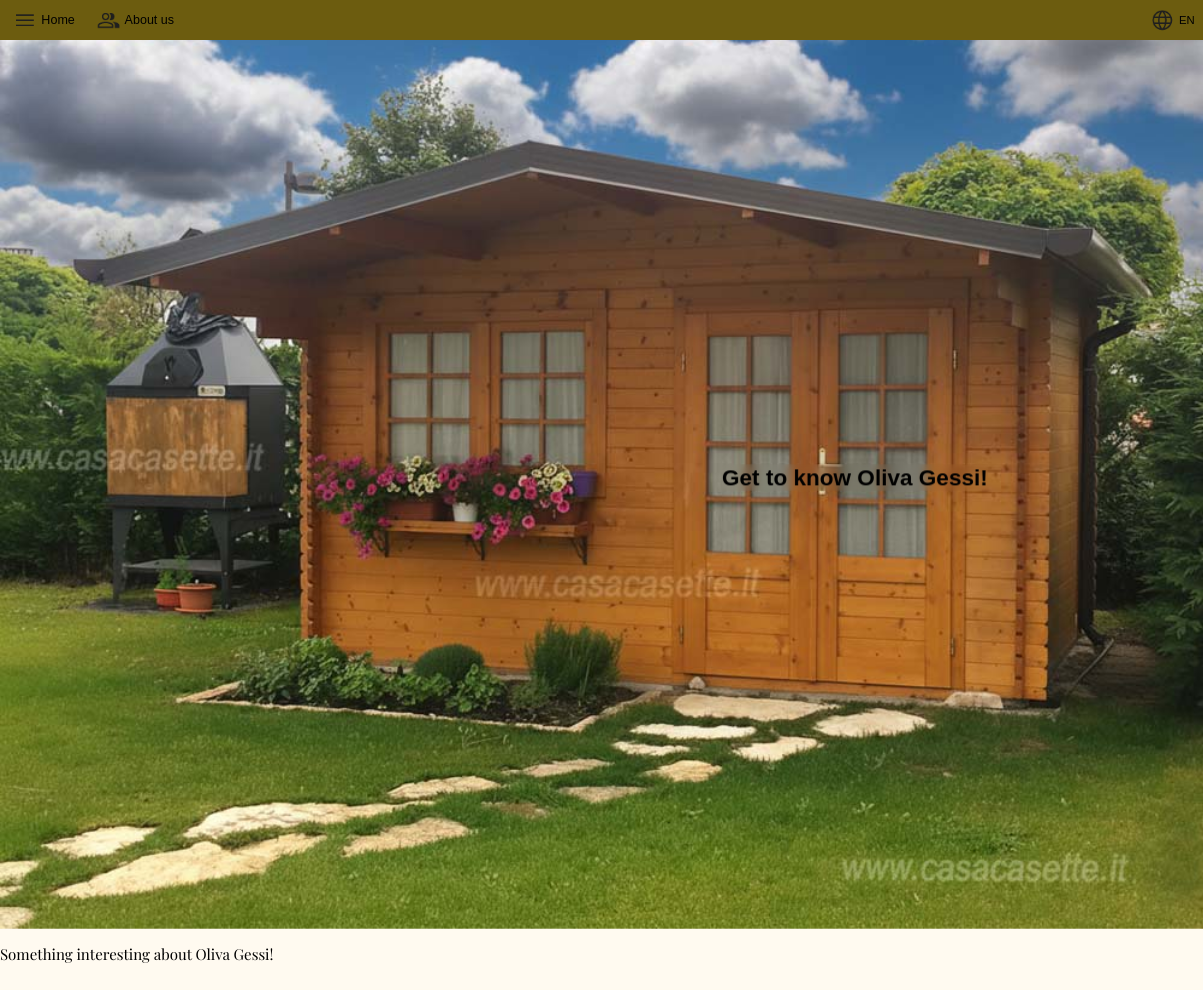
Repository: Seaside-Jokers/Oliva-gessi
Page: index.html
An editor plug-in stored every save of this project. The page is shown before and after a run of saves, followed by the edit.
The browser window is 1280 px wide. The pictures show the whole page, at 94% of full size.
Some web fonts or font styles are not loaded; a fallback is used.

Above is the page before, as saved 2026-02-17 15:07:02.

### index.html
<!DOCTYPE html>
<html lang="it">
<head>
    <meta charset="UTF-8">
    <title>Oliva Gessi</title>
    <link rel="stylesheet" href="src/style.css">
    <link rel="alternate" hreflang="en" href="index.html">
    <link rel="alternate" hreflang="it" href="index.html">
    <link rel="preconnect" href="https://fonts.googleapis.com">
    <link rel="preconnect" href="https://fonts.gstatic.com" crossorigin>
    <link href="https://fonts.googleapis.com/css2?family=Playfair+Display:ital,wght@0,400..900;1,400..900&display=swap" rel="stylesheet">
</head>
<body>
    <!-- ======================================================================= -->
    <!--                                 NAVBAR                                  -->
    <!-- ======================================================================= -->
    <nav class="navbar">
        <!-- Home -->
        <button class="btn-navbar" type="button" onclick="toggleMenu()">
            <img src="assets/menu_icon.png" data-key="home" alt="Home" class="icone" id="navbar-button">
            <span data-key="home" class="navData">Menu</span>
        </button>
        <!-- About us-->
        <button class="btn-navbar" type="button" onclick="location.href='about-us.html'">
            <img src="assets/about_us.png" data-key="about" alt="Chi siamo" class="icone">
            <span data-key="about" class="navData">Chi siamo</span>
        </button>
        <!-- Cambio lingua (a destra) -->
        <button class="btn-navbar lang-button" type="button" onclick="changeLang()">
            <img src="assets/language.png" data-key="language" alt="Cambia lingua" class="icone">
            <span data-key="current_language" class="nav-data">IT</span>
        </button>
    </nav>
    <!-- ======================================================================= -->
    <!--                                 SIDEBAR                                 -->
    <!-- ======================================================================= -->
    <!-- Strato trasparente che permette di chiudere il menu cliccando fuori -->
    <div class="clicker" onclick="closeMenu()"></div>
    <!-- Menu laterale vero e proprio -->
    <div class="sidebar" id="sidebar">
        <!-- Chiudi il menu -->
        <button class="sidebar-button on_top" type="button" onclick="closeMenu()">
            <img src="assets/close.png" alt="Chiudi menu" class="icone large">
            <span data-key="close_menu" class="side-data">Chiudi</span>
        </button>
        <!-- About us -->
        <button class="sidebar-button" type="button" onclick="location.href='about-us.html'">
            <img src="assets/about_us.png" alt="Chiudi menu" class="icone large">
            <span data-key="about" class="side-data">Chi siamo</span>
        </button>
        <details>
            <!-- Le varie pagine del file -->
            <summary data-key="cerca_pagina"></summary>
        </details>
    </div>

    <!-- ======================================================================= -->
    <!--                                CONTENUTO                                -->
    <!-- ======================================================================= -->
    <div class="container spaced">
        <!-- Foto dettagliata (prova) -->
        <img src="assets/prova_dettagliata.jpg" data-key="titolo_img" alt="Logo Oliva Gessi" class="immagine">
        <h2 data-key="titolo" id="titolotxt" class="blurry title">Vieni a conoscere Oliva Gessi!</h2>
    </div>
    <p data-key="testo_introduzione" class="text"></p>
    <div class="container spaced">
    </div>

    <!--=======================================================================-->
    <!--                      DO NOT TOUCH BELOW THIS LINE                     -->
    <!--=======================================================================-->
    <script src="src/database_testo.js"></script>
    <script src="src/color_scheme.js"></script>
    <script src="src/sidebar.js"></script>
</body>

<!-- TODO: leggi questo commento e poi eliminalo per favore: quando vuoi aggiungere un nuovo testo modificalo in src/database_testo.js -->
</html>

### src/style.css
/* -------------------------------------------------------------------------- */
/*                                    BASE                                    */
/* -------------------------------------------------------------------------- */
/* corpo dell'HTML */
body {
    font-family: 'Montserrat', sans-serif;
    margin: 0;
    padding: 0;
    background-color: var(--colors-background);
}
.spaced {
    margin-top: 28px;
}
.on_top {
    margin-top: 25px;
}

@font-face {
    font-family: 'Playfair Display';
    src: url('fonts/Playfair_Display/PlayfairDisplay-VariableFont_wght.ttf')
            format('ttf'),
         url('fonts/Playfair_Display/PlayfairDisplay-Italic-VariableFont_wght.ttf')
            format('ttf');
}
@font-face {
    font-family: 'Montserrat';
    src: url('fonts/Montserrat/Montserrat-VariableFont_wght.ttf') format('ttf'),
         url('fonts/Montserrat/Montserrat-Italic-VariableFont_wght.ttf') format('ttf');
}

.text {
    font-family: 'Playfair Display', serif;
}
.title {
    font-family: 'Montserrat', sans-serif;
}

/* -------------------------------------------------------------------------- */
/*                                   NAVBAR                                   */
/* -------------------------------------------------------------------------- */
nav.navbar {
    position: fixed;
    top: 0;
    width: 100%;
    display: flex;
    align-items: center;
    background-color: var(--colors-primary);
    padding: 5px;
}
.icone {
    width: 25px;
    height: auto;
    display: block;
    margin: 0px 5px;
}
.icone.large {
    width: 30px;
}

button.btn-navbar {
    padding: 4px;
    margin-right: 10px;
    background: none;
    border: none;
    cursor: pointer;
    transition: transform 0.2s;
    display: flex;
    flex-direction: row;
    align-items: center;
    justify-content: center;
}
.btn-navbar:hover {
    transform: scale(1.1);
}
button.btn-navbar.lang-button {
    margin-left: auto;
    margin-right: 10px;
}
button.btn-navbar.ruotata {
    transform: rotate(90deg);
}

span.nav-data {
    font-size: 12px;
}
/* TODO: apertuta menu, rotazione di 90° quando il menù è aperto */

.btn-menu:hover {
    transform: scale(1.1);
}

/* -------------------------------------------------------------------------- */
/*                               SIDEBAR (HOME)                               */
/* -------------------------------------------------------------------------- */
.clicker {
    position: fixed;
    top: 0;
    left: 0;
    width: 0%;
    height: 0%;
    z-index: 1;
}
.clicker.show {
    width: 100%;
    height: 100%;
}
.sidebar {
    position: fixed;
    height: 100%;
    width: 250px;
    position: fixed;
    z-index: 1000;
    top: 0;
    left: -250px;
    background-color: var(--colors-primary);
    overflow-x: hidden;
    transition: 0.5s;
    flex-direction: column;
}
.sidebar.aperta {
    left: 0;
}
.sidebar-button {
    background: none;
    border: none;
    display: flex;
    flex-direction: row;
    align-items: center;
    flex: 1;
    margin: 8px 3px;
}
.side-data {
    font-size: 14px;
}
details {
  cursor: pointer;
  font-weight: bold;
  margin-top: 10px;
  margin-bottom: 15px;
  margin-left: 15px;
}

/* -------------------------------------------------------------------------- */
/*                                  CONTENUTO                                 */
/* -------------------------------------------------------------------------- */
.container {
    display: flex;
    flex-direction: row;
    align-items: center;
    justify-content: center;
    width: 100%;
}
.immagine {
    width: 100%;
    aspect-ratio: 4/3;
    margin-left: auto;
    margin-right: 0;
}
.blurry {
    backdrop-filter: blur(5px);
    -webkit-backdrop-filter: blur(8px);
}

#titolotxt {
    z-index: 200;
    position: absolute;
    left: 60%;
}

/* TODO far sì che scali tutto bene con le dimensioni dello schermo */



/* -------------------------------------------------------------------------- */
/*                              IMG (ABOUT US)                               */
/* -------------------------------------------------------------------------- */



#jacopo {

    margin: 100px, 100px;
}

/*
    Fonts: https://ctrl-z.it/9-font-architettura-tavole-portfolio https://material-f/
    Design: foundation.github.io/material-theme-builder/
    Fonts: Playfair Display (titoli), Montserrat (testo normale)
*/

### src/database_testo.js
const traduzioni = {
    "it": {
        titolo: "Vieni a conoscere Oliva Gessi!",
        home: "Home",
        about: "Chi siamo",
        language: "Cambia lingua",
        current_language: "IT",
        close_menu: "Chiudi",
        cerca_pagina: "Cerca la pagina",
        titolo_img: "Foto di Oliva Gessi",
        testo_introduzione: "Qualcosa di interessante su Oliva Gessi!", // TODO! completare
    },
    "en": {
        titolo: "Get to know Oliva Gessi!",
        home: "Home",
        about: "About us",
        language: "Change language",
        current_language: "EN",
        close_menu: "Close menu",
        cerca_pagina: "Search the page",
        titolo_img: "Oliva Gessi's image",
        testo_introduzione: "Something interesting about Oliva Gessi!", // TODO! completare
    }
}

function getTesto(key) {
    return traduzioni[state][key] || key;
}



/* -------------------------------------------------------------------------- */
/*                                DO NOT TOUCH                                */
/* -------------------------------------------------------------------------- */
let state =  getDefaultLang();

function aggiornaInterfaccia() {
    const elementi = document.querySelectorAll('[data-key]');

    elementi.forEach(el => {
        const chiave = el.getAttribute('data-key');
        const testoTradotto = traduzioni[state][chiave];

        if (testoTradotto) {
            if (el.tagName === 'IMG') {
                el.alt = testoTradotto;
            } else {
                // Altrimenti aggiorna il testo normale
                el.textContent = testoTradotto;
            }
        }
    });
}

/* -------------------------------------------------------------------------- */
/*                            Cambiamenti di stato                            */
/* -------------------------------------------------------------------------- */
function getDefaultLang() {
    if(navigator.language.substring(0, 2) === "it")
        return "it";

    return "en";
}
function defaultLang() {
    state = getDefaultLang();
    aggiornaInterfaccia();
    return true;
}
function changeLangTo(_state) {
    if(_state !== "it" && _state !== "en") {
        defaultLang();
        return;
    }
    state = _state;
    aggiornaInterfaccia();
}
function changeLang() {
    if(state === "it")
        changeLangTo("en");
    else
        changeLangTo("it");
}

document.addEventListener("DOMContentLoaded", aggiornaInterfaccia);

### src/sidebar.js
let menuAperto = false;

function toggleMenu() {
    menuAperto = !menuAperto;

    const icon = document.getElementById("navbar-button");
    icon.classList.toggle('ruotata');

    const menu = document.getElementById("sidebar");
    menu.classList.toggle('aperta');

    const clicker = document.querySelector(".clicker");
    clicker.classList.toggle('show');
}
function closeMenu() {
    if(!menuAperto) return;
    toggleMenu();
}

Loaded but not shown: src/color_scheme.js (530 lines, source omitted)

After the next 3 saves:
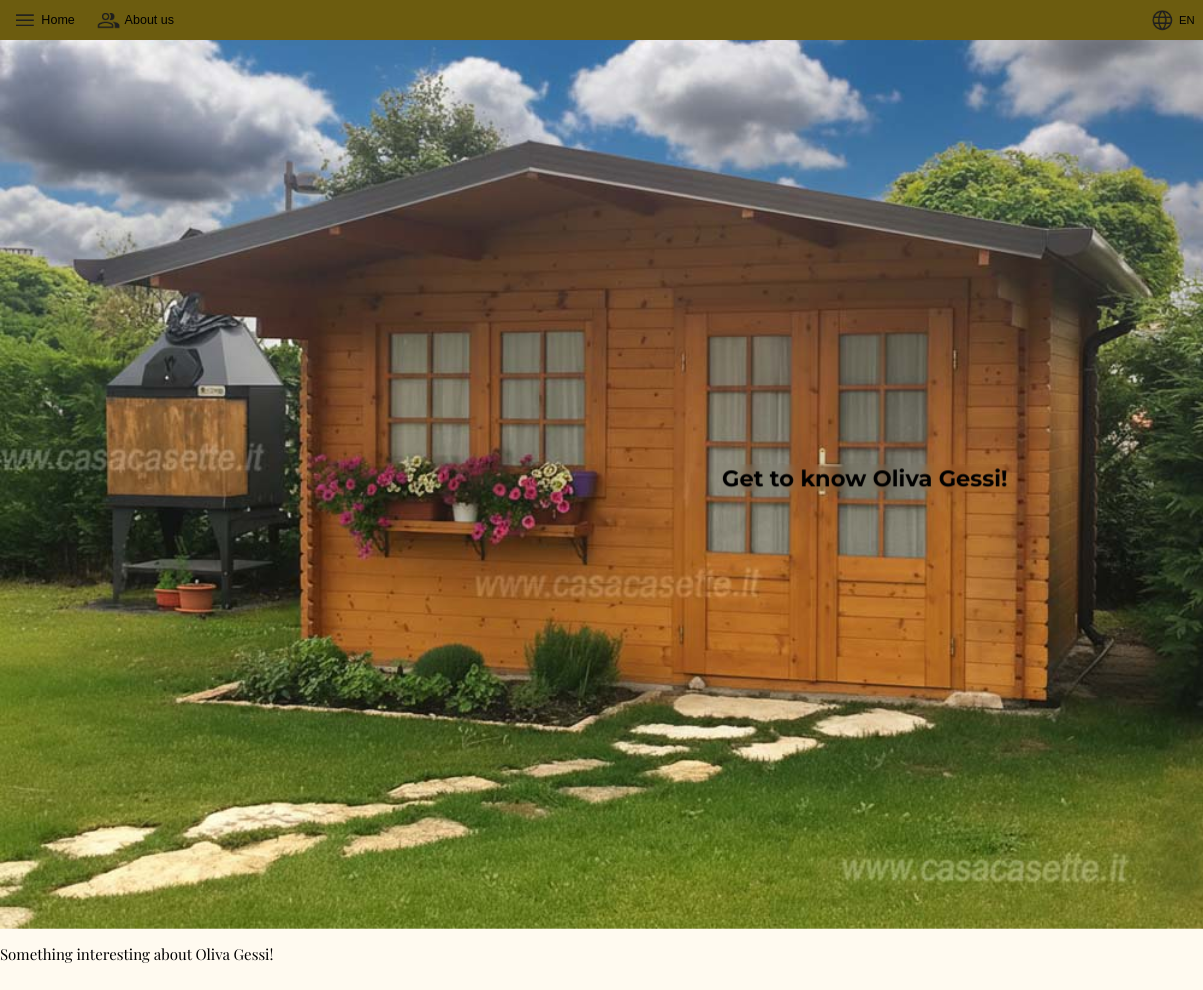
The 3 saves are shown as one change because they came seconds apart.
The last was saved 58 s later.
--- a/src/style.css
+++ b/src/style.css
@@ -18,14 +18,14 @@ body {
 @font-face {
     font-family: 'Playfair Display';
     src: url('fonts/Playfair_Display/PlayfairDisplay-VariableFont_wght.ttf')
-            format('ttf'),
+            format('truetype'),
          url('fonts/Playfair_Display/PlayfairDisplay-Italic-VariableFont_wght.ttf')
-            format('ttf');
+            format('truetype');
 }
 @font-face {
     font-family: 'Montserrat';
-    src: url('fonts/Montserrat/Montserrat-VariableFont_wght.ttf') format('ttf'),
-         url('fonts/Montserrat/Montserrat-Italic-VariableFont_wght.ttf') format('ttf');
+    src: url('fonts/Montserrat/Montserrat-VariableFont_wght.ttf') format('truetype'),
+         url('fonts/Montserrat/Montserrat-Italic-VariableFont_wght.ttf') format('truetype');
 }
 
 .text {
